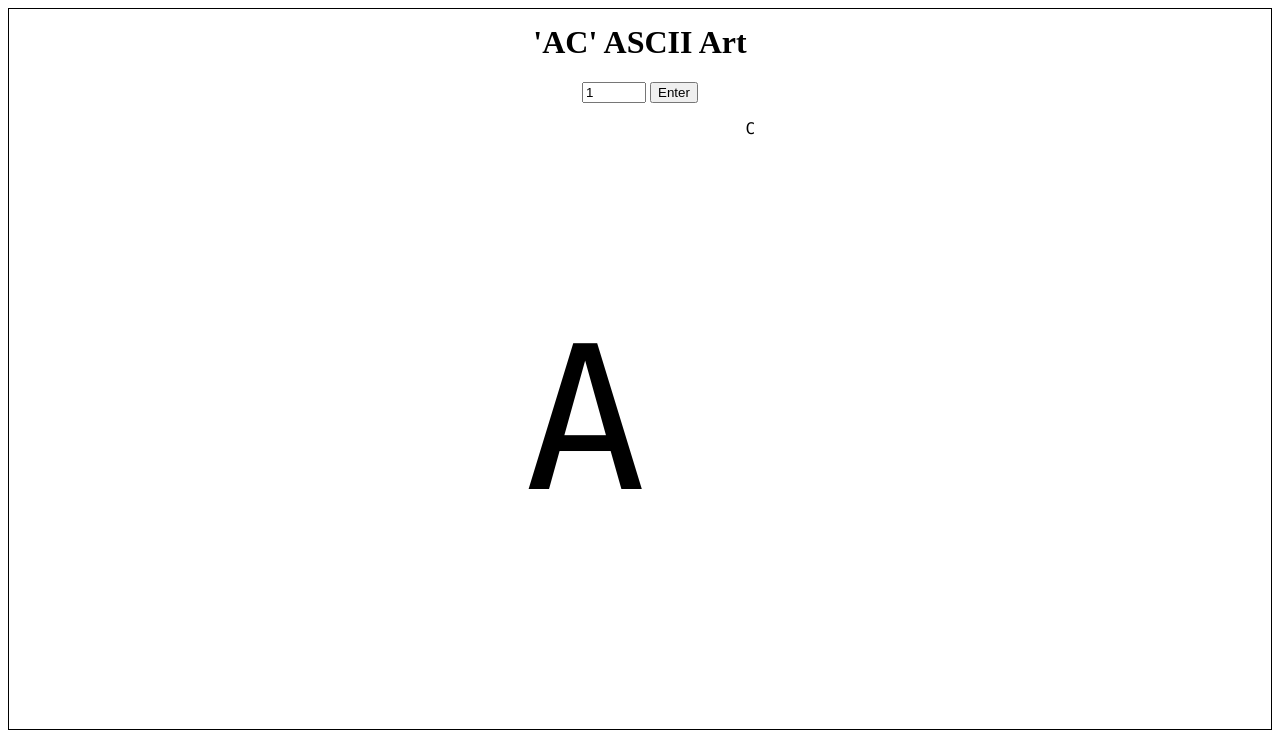
Repository: Achorn/ascii-art
Page: index.html
An editor plug-in stored every save of this project. The page is shown before and after the next save, followed by the edit.
The browser window is 1280 px wide. The pictures show the whole page.

Above is the page before, as saved 2021-08-10 16:37:09.

### index.html
<!DOCTYPE html>
<html lang="en">
  <head>
    <link rel="stylesheet" href="styles.css" />
    <meta charset="UTF-8" />
    <meta http-equiv="X-UA-Compatible" content="IE=edge" />
    <meta name="viewport" content="width=device-width, initial-scale=1.0" />
    <title>Document</title>
  </head>
  <body>
    <h1>'AC' ASCII Art</h1>
    <div>
      <input id="scale-input" type="number" min="1" value="1" max="500" />
      <button id="myBtn" onclick="handlePress()">Enter</button>
    </div>
    <div id="ascii-container">
      <div id="a-container">
        <p id="mono-a" style="font-family: 'Lucida Console', monospace">A</p>
      </div>
      <div id="c-container">
        <p id="mono-c" style="font-family: 'Lucida Console', monospace">C</p>
      </div>
    </div>
    <script type="text/javascript" src="myscripts.js"></script>
  </body>
</html>

### styles.css
body {
  border: 1px solid black;
  display: flex;
  flex-direction: column;
  justify-content: center;
  align-items: center;
  height: 100vh;
}

form {
  border: 2px solid grey;
  height: 500px;
  /* width: 400px; */
  text-align: center;
}

#ascii-container {
  display: flex;
}

#a-container {
  /* background-color: pink; */
}
#c-container {
  /* background-color: pink; */
}
#mono-a {
  font-size: 200px;
  padding: 0px 50px 0px 50px;
  white-space: pre;
}
#mono-c {
  padding: 0px 50px 0px 50px;
  white-space: pre;
}

### myscripts.js
let monoA = document.getElementById("mono-a");
let monoC = document.getElementById("mono-c");
let scaleInput = document.getElementById("scale-input");

//manual inputs for <= 4

let aMinis = {
  one: ["A"],
  two: [
    [" ", "A", " "],
    ["A", " ", "A"],
  ],
  three: [
    [" ", " ", "A", " ", " "],
    [" ", "A", "A", "A", " "],
    ["A", " ", " ", " ", "A"],
  ],
};
let cMinis = {
  one: ["C"],
  two: [["C"], ["C"]],

  three: [
    [" ", "C", "C", "C"],
    ["C", " ", " ", " "],
    [" ", "C", "C", "C"],
  ],
};

let fourA = [
  [" ", " ", " ", "A"],
  [" ", " ", "A", " "],
  [" ", "A", "A", "A"],
  ["A", " ", " ", " "],
];
let fourC = [
  [" ", "C", "C", "C", " "],
  ["C", " ", " ", " ", " "],
];

//Scaling and Converting arrays to strings

function scaleConcat(array, factor) {
  let scaled = [];

  for (const row of array) {
    let x = [];

    for (const item of row) x = x.concat(Array(factor).fill(item));

    scaled = scaled.concat(Array(factor).fill(x));
  }

  return scaled;
}
function arrToString(arr) {
  let string = "";
  if (arr.length == 1) {
    string += arr.join("") + "<br>";
    return string;
  }
  for (let i = 0; i < arr.length; i++) {
    string += arr[i].join("") + "<br>";
  }
  return string;
}

function halfAToString(arr) {
  let string = "";
  for (let i = 0; i < arr.length; i++) {
    string += arr[i].join("");
    let rev = arr[i].slice();
    string += rev.reverse().join("");
    string += "<br>";
  }
  return string;
}

function halfCToString(arr, padding) {
  let string = "";
  for (let i = 0; i < arr.length; i++) {
    string += arr[i].join("");
    string += "<br>";
  }
  for (let i = 0; i < padding.length; i++) {
    string += padding[i].join("");
    string += "<br>";
  }
  for (let i = arr.length - 1; i >= 0; i--) {
    string += arr[i].join("");
    string += "<br>";
  }
  return string;
}

//Functions to smooth out characters to look less blocky

function trimA(arr, lWidth) {
  for (i = 0; i < arr.length; i++) {
    let disp = lWidth - (i % lWidth) - 1;
    let newArr = arr[i].slice();
    for (let j = 0; j < disp; j++) {
      newArr.pop();
      newArr.unshift(" ");
    }
    arr[i] = newArr;
  }
}

function trimC(arr, lWidth) {
  for (i = 0; i < lWidth; i++) {
    //add 2*i to center
    let newArr = arr[i].slice();
    for (let j = 0; j < i * 2; j++) {
      newArr.splice(newArr.length / 2, 0, "C");
    }

    //remove i from sides
    for (let j = 0; j < i; j++) {
      newArr.pop();
      newArr.shift();
    }
    arr[i] = newArr;
  }
}

//Padding Functions
//when height is not a multiple of 4, we take the closes multiple of 4 that is below selected height.
//then padd the center or edges or array

function padA(arr, padding, scale) {
  for (let i = 0; i < padding; i++) {
    //if pad is even
    if (i % 2 != 0) {
      arr.forEach((subArr) => {
        subArr.push(subArr[subArr.length - 1]);
      });
      //add top layer with spaces till the end
      let topArr = [];
      for (let i = 0; i < arr[0].length - 1; i++) {
        topArr.push(" ");
      }
      topArr.push("A");
      arr.unshift(topArr);

      //remove thick bottom line in center
      arr[scale][arr[scale].length - 1] = " ";
    } else {
      // if pad is odd
      let newLine = [...arr[arr.length - 1]];
      //add space to end
      newLine.push(" ");
      //add spaces to beginning of each array
      for (let j = 0; j < arr.length; j++) {
        arr[j].unshift(" ");
      }

      // push new bottom to array
      arr.push(newLine);
    }
  }
}
function padJoinC(arr, padding) {
  //vertical height padding
  let pad = [];
  for (let i = 0; i < padding; i++) {
    pad.push(arr[arr.length - 1]);

    for (let i = 0; i < arr.length; i++) {
      arr[i].splice(arr[i].length / 2, 0, arr[i][arr.length / 2]);
    }
  }

  return halfCToString(arr, pad);
}

function getMinis(height) {
  return height == 1
    ? [aMinis.one, cMinis.one]
    : height == 2
    ? [aMinis.two, cMinis.two]
    : [aMinis.three, cMinis.three];
}

//Main Function for inputs

function scaleLetters(height) {
  let scaledA, scaledC;
  let padding = height % 4;
  let scale = (height - padding) / 4;

  if (height < 4) {
    [scaledA, scaledC] = getMinis(height);
    scaledA = arrToString(scaledA);
    scaledC = arrToString(scaledC);
  }

  //check to see if scale is divisible by 4
  else {
    console.log("height: ", height, " padding: ", padding, " scale: ", scale);

    //scale letters
    scaledA = fourA.map((arr) => arr.slice());
    scaledC = fourC.map((arr) => arr.slice());
    scaledA = scaleConcat(scaledA, scale);
    trimA(scaledA, scale);
    scaledC = scaleConcat(scaledC, scale);
    trimC(scaledC, scale);

    //add the aprop padding between the factors of 4 either 0-1
    scaledC = padJoinC(scaledC, padding);
    padA(scaledA, padding, scale);
    scaledA = halfAToString(scaledA);
    // scaledC = arrToString(scaledC);

    // return newly scaled
  }
  monoA.style.fontSize = `${60 / scale}px`;
  monoC.style.fontSize = `${60 / scale}px`;

  monoA.innerHTML = scaledA;
  monoC.innerHTML = scaledC;
}

//basic html even listeners

scaleInput.addEventListener("keyup", function (event) {
  if (event.keyCode === 13) {
    event.preventDefault();
    document.getElementById("myBtn").click();
  }
});

function handlePress() {
  let scale = scaleInput.value;
  scaleLetters(scale);
}

After the next save:
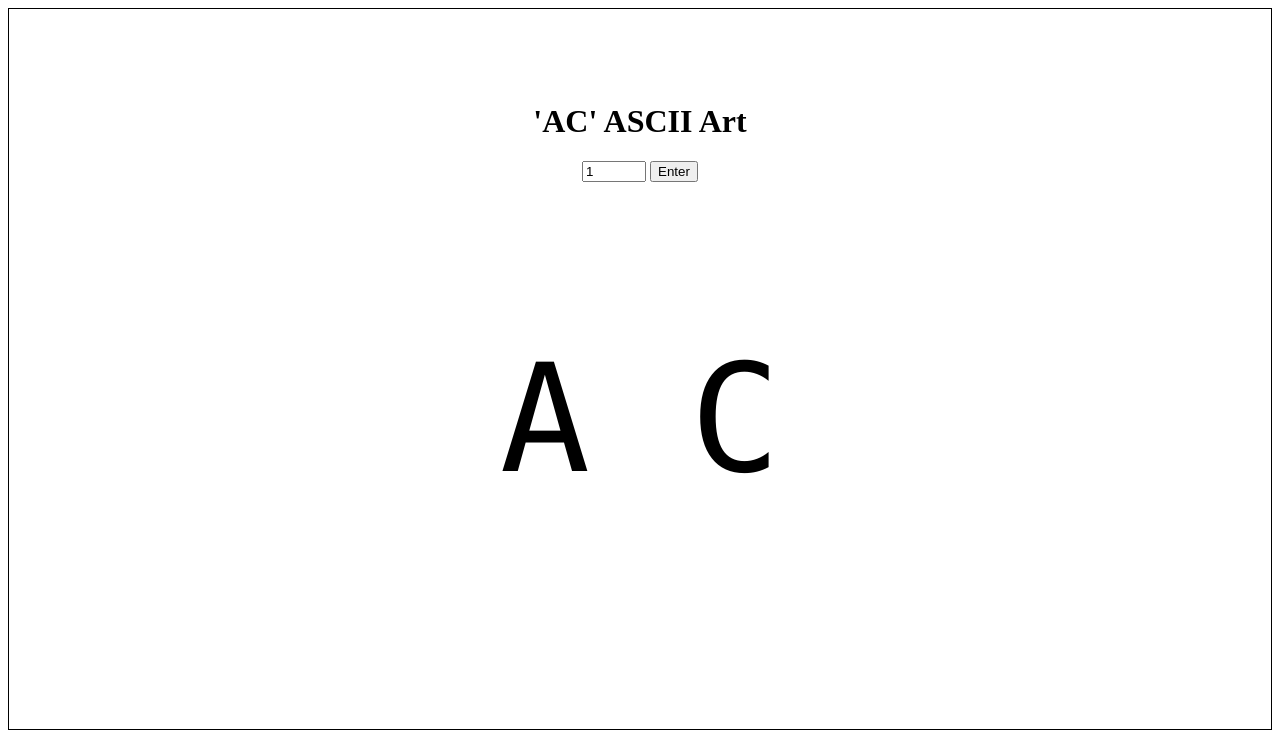
Saved 10 s later.
--- a/styles.css
+++ b/styles.css
@@ -25,11 +25,12 @@ form {
   /* background-color: pink; */
 }
 #mono-a {
-  font-size: 200px;
+  font-size: 150px;
   padding: 0px 50px 0px 50px;
   white-space: pre;
 }
 #mono-c {
+  font-size: 150px;
   padding: 0px 50px 0px 50px;
   white-space: pre;
 }
